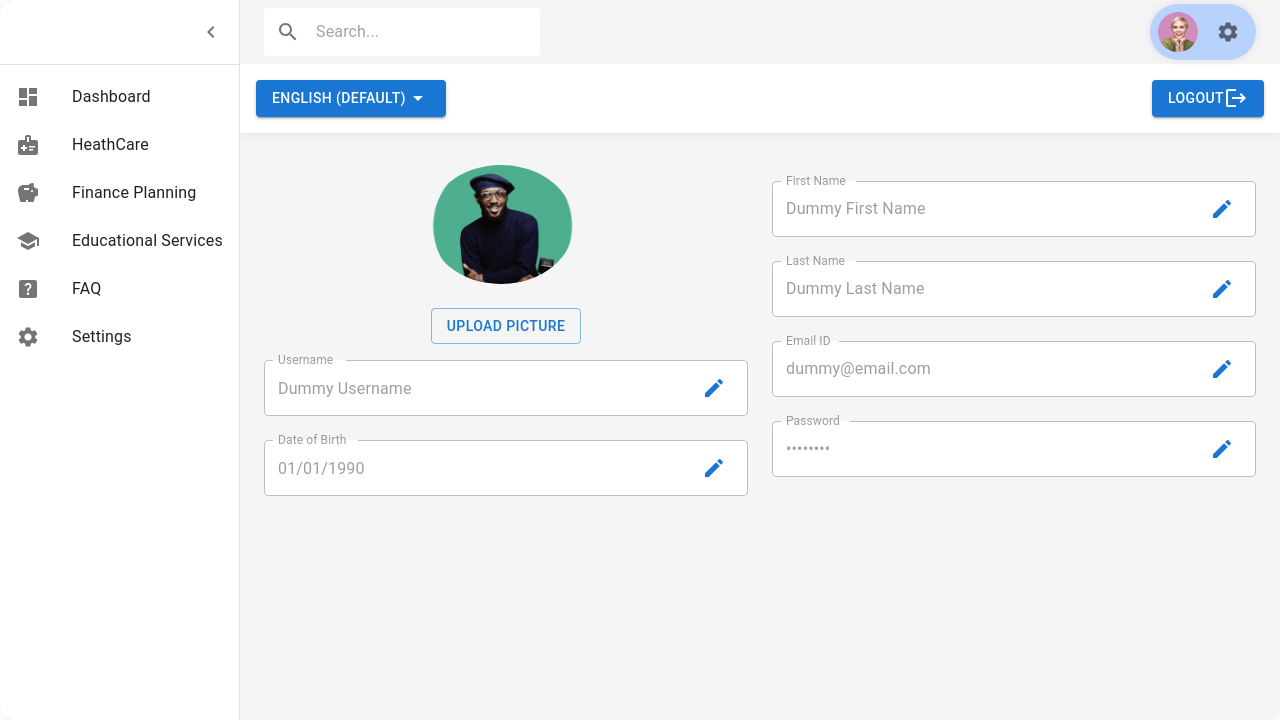
Repository: shubhampirate/TIAA_Retirement_hackathon
Page: /
The author's editor kept a copy of each file at every save. The page is drawn from the files as they stood at one save, then again after the next save.
The browser window is 1280 px wide. The pictures show the whole page.
The project was rebuilt for these pictures with package versions that can differ from the ones it lists, and the page was loaded fresh each time. Also part of the build but not shown: src/Components/CustomButton.jsx, src/Components/Navbar.jsx, src/Components/Properties.jsx, src/Components/Footer.jsx, src/Components/Hero.jsx, src/pages/Sign_In.jsx.

Above is the page before, as saved 2023-11-15 20:18:37.

### src/index.css
@import url("https://fonts.googleapis.com/css2?family=Poppins:wght@400;500;700&display=swap");

* {
  margin: 0;
  padding: 0;
  box-sizing: border-box;
  font-family: "Poppins", sans-serif;
}

body {
  margin: 0;
  -webkit-font-smoothing: antialiased;
  -moz-osx-font-smoothing: grayscale;
}

code {
  font-family: source-code-pro, Menlo, Monaco, Consolas, "Courier New",
    monospace;
}

### src/App.jsx
import Hero from "./Components/Hero";
import SignIn from "./pages/Sign_In";
// import Dashboard from "./Components/Dashboard";
// import GaugeChart from "./Components/GaugeChart"
import Health from "./Components/Health";

function App() {
  return (
    <>
      {/* <Hero /> */}
      {/* <SignIn/> */}
      {/* <Dashboard /> */}
      <Health/>
      {/* <GaugeChart />  */}
    </>
  );
}

export default App;

### src/Components/Health.jsx
// import * as React from 'react';
import React, { useState } from 'react';
import { styled, createTheme, ThemeProvider } from '@mui/material/styles';
import CssBaseline from '@mui/material/CssBaseline';
import MuiDrawer from '@mui/material/Drawer';
import Box from '@mui/material/Box';
import MuiAppBar from '@mui/material/AppBar';
import Toolbar from '@mui/material/Toolbar';
import List from '@mui/material/List';
import Typography from '@mui/material/Typography';
import Divider from '@mui/material/Divider';
import IconButton from '@mui/material/IconButton';
// import Badge from '@mui/material/Badge';
import Container from '@mui/material/Container';
import Grid from '@mui/material/Grid';
import Paper from '@mui/material/Paper';
// import Link from '@mui/material/Link';
import MenuIcon from '@mui/icons-material/Menu';
import ChevronLeftIcon from '@mui/icons-material/ChevronLeft';
// import NotificationsIcon from '@mui/icons-material/Notifications';
import SettingsIcon from '@mui/icons-material/Settings';
import { mainListItems } from './listItems';
// import Chart from './Chart';
// import Deposits from './Deposits';
import TextField from '@mui/material/TextField';
import EditIcon from '@mui/icons-material/Edit';
import LogoutIcon from '@mui/icons-material/Logout';
import heroImg_4 from "../media/img_4.jpeg";
import heroImg_5 from "../media/img_5.jpeg";
import Button from '@mui/material/Button';
import LinearProgress from '@mui/material/LinearProgress';
// import YourComponent from './YourComponent';
import SearchIcon from '@mui/icons-material/Search';
import ArrowDropDownIcon from '@mui/icons-material/ArrowDropDown';
import InputBase from '@mui/material/InputBase';


  const Title = styled(Typography)(({ theme }) => ({
    fontSize: "25px",
    color: "#042A57",
    fontWeight: "bold",
    textAlign: "left",
    margin: theme.spacing(4, 0, 4, 0),
    [theme.breakpoints.down("sm")]: {
      fontSize: "30px",
    },
  }));
const drawerWidth = 240;

const AppBar = styled(MuiAppBar, {
  shouldForwardProp: (prop) => prop !== 'open',
})(({ theme, open }) => ({
  zIndex: theme.zIndex.drawer + 1,
  transition: theme.transitions.create(['width', 'margin'], {
    easing: theme.transitions.easing.sharp,
    duration: theme.transitions.duration.leavingScreen,
  }),
  ...(open && {
    marginLeft: drawerWidth,
    width: `calc(100% - ${drawerWidth}px)`,
    transition: theme.transitions.create(['width', 'margin'], {
      easing: theme.transitions.easing.sharp,
      duration: theme.transitions.duration.enteringScreen,
    }),
  }),
}));


const ProgressBarBox = ({ title, value }) => {
    let indicatorText = '';
    let color = '';

    if (value <= 30) {
      indicatorText = 'Less';
      color = '#BDFF7B';
    } else if (value <= 70) {
      indicatorText = 'Nearby Full';
      color = '#FFE779';
    } else {
      indicatorText = 'Completely Full';
      color = '#FC8965';
    }

    return (
      <Grid item xs={12} sm={6} md={4}>
        <Paper
          sx={{
            p: 2,
            display: 'flex',
            flexDirection: 'column',
            alignItems: 'center',
            borderRadius: '16px',
          }}
        >
          <Typography variant="h6" sx={{ mb: 1, color: "#0066FF" }}>
            {title}
          </Typography>
          <LinearProgress
          variant="determinate"
          value={value}
          sx={{
            width: '100%',
            height: '12px',
            borderRadius: '8px',
            backgroundColor: '#f0f0f0',
            marginBottom: '8px',
            '& .MuiLinearProgress-bar': {
              backgroundColor: color,
            },
          }}
        />

          <Box
          sx={{
            display: 'flex',
            justifyContent: 'space-between',
            width: '100%',

          }}
        >
          <Typography variant="body2">{indicatorText}</Typography>
          <Typography variant="body2">{value}%</Typography>
        </Box>
        </Paper>
      </Grid>
    );
  };
const Drawer = styled(MuiDrawer, { shouldForwardProp: (prop) => prop !== 'open' })(
  ({ theme, open }) => ({
    '& .MuiDrawer-paper': {
      position: 'relative',
      whiteSpace: 'nowrap',
      width: drawerWidth,
      transition: theme.transitions.create('width', {
        easing: theme.transitions.easing.sharp,
        duration: theme.transitions.duration.enteringScreen,
      }),
      boxSizing: 'border-box',
      ...(!open && {
        overflowX: 'hidden',
        transition: theme.transitions.create('width', {
          easing: theme.transitions.easing.sharp,
          duration: theme.transitions.duration.leavingScreen,
        }),
        width: theme.spacing(7),
        [theme.breakpoints.up('sm')]: {
          width: theme.spacing(9),
        },
      }),
    },
  }),
);

// TODO remove, this demo shouldn't need to reset the theme.
const defaultTheme = createTheme();

export default function Health() {
    const [isEditing, setIsEditing] = useState(false);
    const [userData, setUserData] = useState({
      username: 'Dummy Username',
      dob: '01/01/1990',
      firstName: 'Dummy First Name',
      lastName: 'Dummy Last Name',
      email: 'dummy@email.com',
      password: '********',
    });

    const handleEdit = (field) => {
      setIsEditing(!isEditing);
    };

    const handleChange = (field, value) => {
      setUserData((prevData) => ({
        ...prevData,
        [field]: value,
      }));
    };

    const [open, setOpen] = React.useState(true);

  const toggleDrawer = () => {
    setOpen(!open);
  };

  return (
    <ThemeProvider theme={defaultTheme}>
      <Box sx={{ display: 'flex', borderRadius: '16px', overflow: 'hidden', boxShadow: '0px 0px 10px rgba(0, 0, 0, 0.1)' }} >
        <CssBaseline />

<AppBar position="absolute" open={open} sx={{ backgroundColor: "whitesmoke", boxShadow: 'none' }}>
  <Toolbar
    sx={{
      pr: '24px', // keep right padding when drawer closed
      display: 'flex',
      alignItems: 'center',
      justifyContent: 'space-between',
    }}
  >
    <Box sx={{ display: 'flex', alignItems: 'center' }}>
      <IconButton
        edge="start"
        aria-label="open drawer"
        onClick={toggleDrawer}
        sx={{
          marginRight: '36px',
          ...(open && { display: 'none' }),
          backgroundColor: "#fff"
        }}
      >
        <MenuIcon  />
      </IconButton>

      {/* Search tab */}
      <Box sx={{ display: 'flex', alignItems: 'center', backgroundColor: 'white', borderRadius: '4px', padding: '4px' }}>
        <IconButton>
          <SearchIcon />
        </IconButton>
        <InputBase
          placeholder="Search..."
          sx={{ ml: 1 }}
        />
      </Box>

    </Box>

    <Box sx={{ display: 'flex', alignItems: 'center', backgroundColor: '#B9D2FD', boxShadow: '0px 0px 10px rgba(0, 0, 0, 0.1)', borderRadius: '40px', padding: '8px' }}>
      {/* User profile image */}
      <img
        src={heroImg_4}
        alt="User Profile"
        style={{ borderRadius: '50%', width: '40px', height: '40px', marginRight: '10px' }}
      />

      {/* Settings button */}
      <IconButton>
        <SettingsIcon />
      </IconButton>
    </Box>
  </Toolbar>
</AppBar>

        <Drawer variant="permanent" open={open}>
          <Toolbar
            sx={{
              display: 'flex',
              alignItems: 'center',
              justifyContent: 'flex-end',
              px: [1],
            }}
          >
            <IconButton onClick={toggleDrawer}>
              <ChevronLeftIcon />
            </IconButton>
          </Toolbar>
          <Divider />
          <List component="nav">
            {mainListItems}
            {/* <Divider sx={{ my: 1 }} /> */}
            {/* {secondaryListItems} */}
          </List>
        </Drawer>
        <Box
          component="main"
          sx={{
            backgroundColor: (theme) =>
              theme.palette.mode === 'light'
                ? theme.palette.grey[100]
                : theme.palette.grey[900],
            flexGrow: 1,
            height: '100vh',
            overflow: 'auto',

          }}
        >
          <Toolbar />
          {/* </Container> */}


          {/* Start Here */}
          <Box
    sx={{
      display: 'flex',
      justifyContent: 'space-between',
      alignItems: 'center',
      padding: '16px',
      backgroundColor: '#fff',
      boxShadow: '0px 0px 10px rgba(0, 0, 0, 0.1)',
    }}
  >
    {/* Language Button */}
    <Button variant="contained" >
      English (default) <ArrowDropDownIcon/>
    </Button>
    {/* Logout Button */}
    <Button variant="contained" >
      Logout  <LogoutIcon/>     </Button>
  </Box>
          <Container sx={{ mt: 4 }}>
        <Grid container spacing={3}>
          {/* Single Column for Upload Picture, Username, and DOB */}
          <Grid item xs={12} md={6}>
            {/* <Paper sx={{ p: 3, borderRadius: '16px' }}> */}
              <Box sx={{ display: 'flex', flexDirection: 'column', alignItems: 'center' }}>
                <input
                  type="file"
                  accept="image/*"
                  style={{
                    display: 'none',
                  }}
                  id="account-pic-input"
                />
                 <img
        src={heroImg_5}
        alt="User Profile"
        style={{ borderRadius: '100%', width: '30%', height: '30%', marginRight: '10px' }}
      />
      <br />
                <label htmlFor="account-pic-input">
                  <Button variant="outlined" component="span">
                    Upload Picture
                  </Button>
                </label>
                <TextField sx={{backgroundColor: '#FFFFFF'}}
                  label="Username"
                  variant="outlined"
                  fullWidth
                  margin="normal"
                  value={userData.username}
                  onChange={(e) => handleChange('username', e.target.value)}
                  disabled={!isEditing}
                  InputProps={{
                    endAdornment: (
                      <IconButton color="primary" onClick={handleEdit}>
                        <EditIcon />
                      </IconButton>
                    ),
                  }}
                />
                <TextField sx={{backgroundColor: '#FFFFFF'}}
                  label="Date of Birth"
                  variant="outlined"
                  fullWidth
                  margin="normal"
                  value={userData.dob}
                  onChange={(e) => handleChange('dob', e.target.value)}
                  disabled={!isEditing}
                  InputProps={{
                    endAdornment: (
                      <IconButton color="primary" onClick={handleEdit}>
                        <EditIcon />
                      </IconButton>
                    ),
                  }}
                />
              </Box>
            {/* </Paper> */}
          </Grid>

          {/* Single Column for First Name, Last Name, Email, and Password */}
          <Grid item xs={12} md={6}>
            {/* <Paper sx={{ p: 3, borderRadius: '16px' }}> */}
              <Box>
                <TextField sx={{backgroundColor: '#FFFFFF'}}
                  label="First Name"
                  variant="outlined"
                  fullWidth
                  margin="normal"
                  value={userData.firstName}
                  onChange={(e) => handleChange('firstName', e.target.value)}
                  disabled={!isEditing}
                  InputProps={{
                    endAdornment: (
                      <IconButton color="primary" onClick={handleEdit}>
                        <EditIcon />
                      </IconButton>
                    ),
                  }}
                />
                <TextField sx={{backgroundColor: '#FFFFFF'}}
                  label="Last Name"
                  variant="outlined"
                  fullWidth
                  margin="normal"
                  value={userData.lastName}
                  onChange={(e) => handleChange('lastName', e.target.value)}
                  disabled={!isEditing}
                  InputProps={{
                    endAdornment: (
                      <IconButton color="primary" onClick={handleEdit}>
                        <EditIcon />
                      </IconButton>
                    ),
                  }}
                />
                <TextField sx={{backgroundColor: '#FFFFFF'}}
                  label="Email ID"
                  variant="outlined"
                  fullWidth
                  margin="normal"
                  value={userData.email}
                  onChange={(e) => handleChange('email', e.target.value)}
                  disabled={!isEditing}
                  InputProps={{
                    endAdornment: (
                      <IconButton color="primary" onClick={handleEdit}>
                        <EditIcon />
                      </IconButton>
                    ),
                  }}
                />
                <TextField sx={{backgroundColor: '#FFFFFF'}}
                  label="Password"
                  type="password"
                  variant="outlined"
                  fullWidth
                  margin="normal"
                  value={userData.password}
                  onChange={(e) => handleChange('password', e.target.value)}
                  disabled={!isEditing}
                  InputProps={{
                    endAdornment: (
                      <IconButton color="primary" onClick={handleEdit}>
                        <EditIcon />
                      </IconButton>
                    ),
                  }}
                />
              </Box>
            {/* </Paper> */}
          </Grid>
        </Grid>
      </Container>
        </Box>
        </Box>
      {/* </Box> */}
    </ThemeProvider>
  );
}

### src/Components/listItems.jsx
import * as React from 'react';
import ListItemButton from '@mui/material/ListItemButton';
import ListItemIcon from '@mui/material/ListItemIcon';
import ListItemText from '@mui/material/ListItemText';
import DashboardIcon from '@mui/icons-material/Dashboard';
import MedicalInformationIcon from '@mui/icons-material/MedicalInformation';
import SavingsIcon from '@mui/icons-material/Savings';
import SchoolIcon from '@mui/icons-material/School';
import HelpCenterIcon from '@mui/icons-material/HelpCenter';
import SettingsIcon from '@mui/icons-material/Settings';


export const mainListItems = (
  <React.Fragment>
    <ListItemButton>
      <ListItemIcon>
        <DashboardIcon />
      </ListItemIcon>
      <ListItemText primary="Dashboard" />
    </ListItemButton>
    <ListItemButton>
      <ListItemIcon>
        <MedicalInformationIcon />
      </ListItemIcon>
      <ListItemText primary="HeathCare" />
    </ListItemButton>
    <ListItemButton>
      <ListItemIcon>
        <SavingsIcon />
      </ListItemIcon>
      <ListItemText primary="Finance Planning" />
    </ListItemButton>
    <ListItemButton>
      <ListItemIcon>
        <SchoolIcon />
      </ListItemIcon>
      <ListItemText primary="Educational Services" />
    </ListItemButton>
    <ListItemButton>
      <ListItemIcon>
        <HelpCenterIcon />
      </ListItemIcon>
      <ListItemText primary="FAQ" />
    </ListItemButton>
    <ListItemButton>
      <ListItemIcon>
        <SettingsIcon />
      </ListItemIcon>
      <ListItemText primary="Settings" />
    </ListItemButton>
  </React.Fragment>
);

// export const secondaryListItems = (
//   <React.Fragment>
//     <ListSubheader component="div" inset>
//       Saved reports
//     </ListSubheader>
//     <ListItemButton>
//       <ListItemIcon>
//         <AssignmentIcon />
//       </ListItemIcon>
//       <ListItemText primary="Current month" />
//     </ListItemButton>
//     <ListItemButton>
//       <ListItemIcon>
//         <AssignmentIcon />
//       </ListItemIcon>
//       <ListItemText primary="Last quarter" />
//     </ListItemButton>
//     <ListItemButton>
//       <ListItemIcon>
//         <AssignmentIcon />
//       </ListItemIcon>
//       <ListItemText primary="Year-end sale" />
//     </ListItemButton>
//   </React.Fragment>
// );

Loaded but not shown: public/index.html (common file); src/index.js (common file)

After the next save:
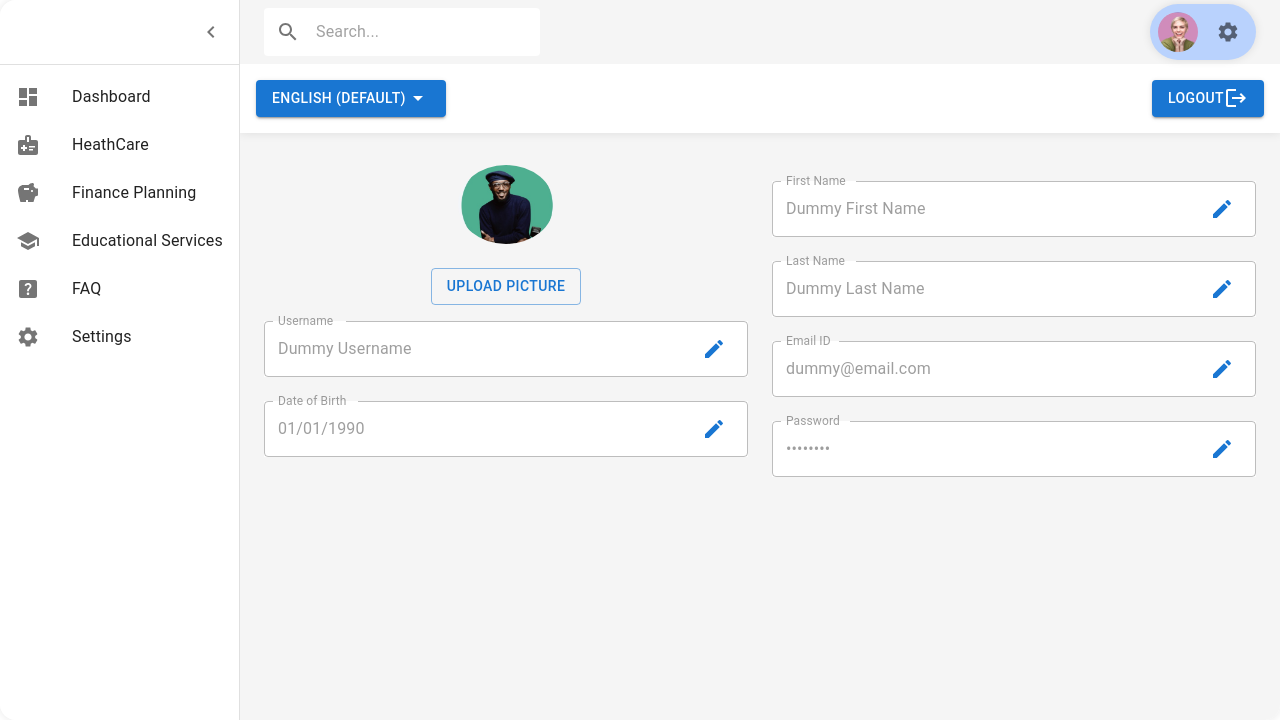
Saved 2 min 30 s later.
--- a/src/Components/Health.jsx
+++ b/src/Components/Health.jsx
@@ -312,7 +312,7 @@ export default function Health() {
                  <img
         src={heroImg_5}
         alt="User Profile"
-        style={{ borderRadius: '100%', width: '30%', height: '30%', marginRight: '10px' }}
+        style={{ borderRadius: '100%', width: '20%', height: '20%' }}
       />
       <br />
                 <label htmlFor="account-pic-input">
